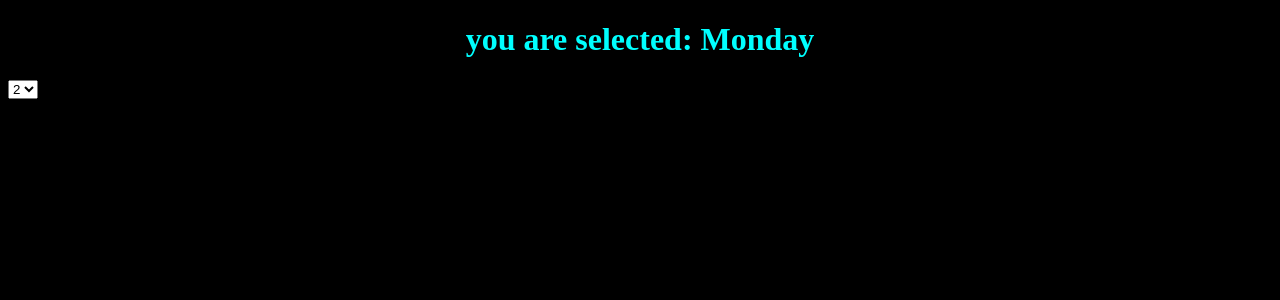
Repository: parveen95887/salesforceTest
Page: index.html
These files come from the project's save history. The page is drawn as it stood at one moment and after the next save; the edit follows.
The browser window is 1280 px wide. The pictures show the whole page.
After loading, the first visible `#selday` was changed once.

Above is the page before, as saved 2024-08-27 16:32:18.

### index.html
<!DOCTYPE html>
<html lang="en">
<head>
    <meta charset="UTF-8">
    <meta name="viewport" content="width=device-width, initial-scale=1.0">
    <title>Document</title>
    <link rel="stylesheet" href="style.css">
</head>
<body>
    <h1 id="heading">fhf</h1>
    <script src="myscript.js"></script>
    <select id="selday">
        <option value="1">1</option>
        <option value="2">2</option>
        <option value="3">3</option>
        <option value="4">4</option>
        <option value="5">5</option>
        <option value="6">6</option>
        <option value="7">7</option>
    </select>
</body>
</html>

### style.css
body
{
    background-color: black;
}
body h1{
    color: aqua;
    text-align: center;
}

### myscript.js
// let getdaty=document.querySelector("#selday").value;

// console.log(getdaty);



document.addEventListener("DOMContentLoaded", function() {
    const selectElement = document.querySelector("#selday");
    const heading = document.querySelector("#heading");

    // Add event listener to update the heading when the selected day changes
    selectElement.addEventListener("change", function() {
        const selectedDay = selectElement.value;
        let day="";
        switch(selectedDay){
         case "1":
         day="Sunday";
         break;
         case "2":
         day="Monday";
         break;
         case "3":
         day="Tusday";
         break;
         case "4":
         day="Wednusday";
         break;
         case "5":
         day="Thursday";
         break;
         case "6":
         day="Friday";
         break;
         case "7":
         day="Saturday";
         break;
         default:
         day="unskhown";
         break;
        }

        heading.textContent=`you are selected: ${day}`;
    });
});

After the next save:
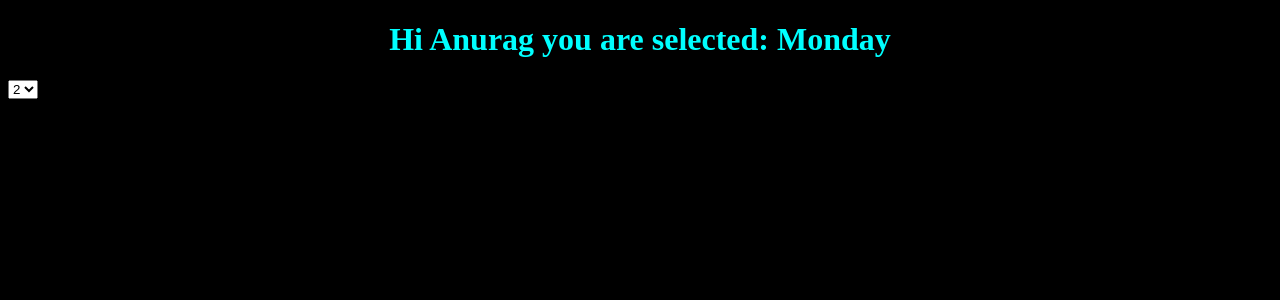
Saved 19 s later.
--- a/myscript.js
+++ b/myscript.js
@@ -39,6 +39,6 @@
          break;
         }
 
-        heading.textContent=`you are selected: ${day}`;
+        heading.textContent=`Hi Anurag you are selected: ${day}`;
     });
 });
